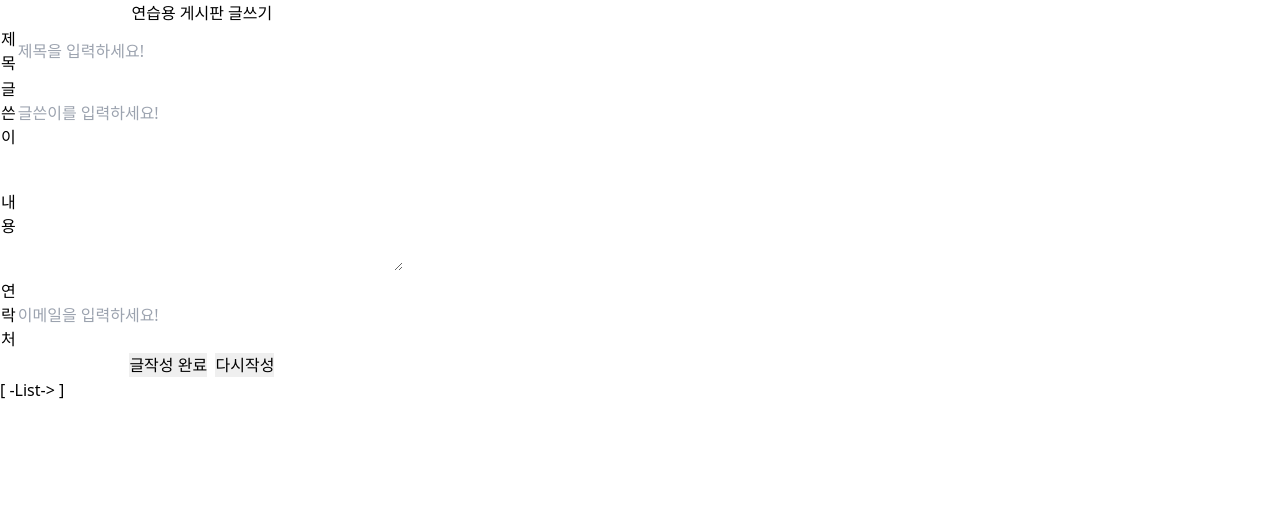
Repository: k0603156/JAVA
Page: http://localhost/StartBoard/test.do?myName=Kimyongkuk
These files come from the project's save history. The page is drawn as it stood at one moment and after a run of saves; the edit follows.
The browser window is 1280 px wide. The pictures show the whole page.
The page is served by Tomcat 9. Other server files are loaded and not shown.

Above is the page before, as saved 2020-03-12 07:58:17.

### SERVLET/workspace/StartBoard/WebContent/index.jsp
<%@ page language="java" contentType="text/html; charset=UTF-8"
	pageEncoding="UTF-8"%>
<!DOCTYPE html>
<html>
<head>
<meta charset="UTF-8">
<title>Insert title here</title>
</head>
<link href="https://unpkg.com/tailwindcss@^1.0/dist/tailwind.min.css" rel="stylesheet">
<body>
	<!-- <h1>Index.jsp</h1>
	<h1><a href="http://www.naver.com">Naver.com</a></h1>
	<h1><a href="./test.do?myName=Kimyongkuk">이름을 알려주세요~!~!</a></h1> -->
<div class="w-full max-w-xs">
	<form action="./writeSave.do" method="post">
	<table border="1">
		<tr>
		<td colspan="2" style="text-align: center;">연습용 게시판 글쓰기</td>
		</tr>
		<tr>
			<td>제목</td>
			<td><input type="text" placeholder="제목을 입력하세요!" name="title" required></td>
		</tr>
		<tr>
			<td>글쓴이</td>
			<td><input type="text" placeholder="글쓴이를 입력하세요!" name="author" required></td>
		</tr>
		<tr>
			<td>내용</td>
			<td><textarea cols="40" rows="5" name="content"></textarea></td>
		</tr>
		<tr>
			<td>연락처</td>
			<td><input type="email" placeholder="이메일을 입력하세요!" name="email"></td>
		</tr>
		<tr>
		<td colspan="2" style="text-align: center;">
			<input type="submit" value="글작성 완료">&nbsp;
			<input type="reset" value="다시작성">
		</td>
		</tr>
	</table>
	</form>
	<a href="./list.do">[ -List-> ]</a>
	</div>
</body>
</html>

### SERVLET/workspace/StartBoard/src/ctrl/FrontController.java
package ctrl;

import java.io.IOException;
import java.sql.SQLException;

import javax.servlet.RequestDispatcher;
import javax.servlet.ServletException;
import javax.servlet.http.HttpServlet;
import javax.servlet.http.HttpServletRequest;
import javax.servlet.http.HttpServletResponse;

import org.slf4j.Logger;
import org.slf4j.LoggerFactory;

import service.*;

public class FrontController extends HttpServlet{

	private static final long serialVersionUID = 1L;
	private static Logger log = LoggerFactory.getLogger(FrontController.class);
	public FrontController() {}

	@Override
	protected void service(HttpServletRequest req, HttpServletResponse resp) throws ServletException, IOException {
		String uri = req.getRequestURI();
		log.info("uri : " + uri);

		String contextPath = req.getContextPath();
		log.info("context : " + contextPath);

		String path = uri.substring(contextPath.length());
		log.info("path : " + path);

		String targetPage = "";
		Action action = null;

		if (path.equals("/writeSave.do")) {
			action = new InsertAction();
			try {
				action.execute(req, resp);
			} catch (SQLException e) {
				e.printStackTrace();
			}

			targetPage = "list.do";

		}else if(path.equals("/list.do")) {
			action = new ListAction();
			try {
				action.execute(req, resp);
			} catch (SQLException e) {
				e.printStackTrace();
			}

			targetPage = "/list.jsp";

		}else if (path.equals("/detail.do")) {
			action = new DetailAction();
			try {
				action.execute(req, resp);
			} catch (SQLException e) {
				e.printStackTrace();
			}

			targetPage = "/detail.jsp";

		}else if(path.equals("/modify.do")) {
			action = new DetailAction();
			try {
				action.execute(req, resp);
			} catch (SQLException e) {
				e.printStackTrace();
			}

			targetPage = "/modify.jsp";

		}else if(path.equals("/modifySave.do")) {
			action = new ModifyAction();
			try {
				action.execute(req, resp);
			} catch (SQLException e) {
				e.printStackTrace();
			}

			targetPage = "detail.do";

		}else if(path.equals("/delete.do")) {
			action = new DeleteAction();
			try {
				action.execute(req, resp);
			} catch (SQLException e) {
				e.printStackTrace();
			}

			targetPage = "list.do";

		}

		RequestDispatcher requestDispatcher = req.getRequestDispatcher(targetPage);
		requestDispatcher.forward(req, resp);
	}

	@Override
	protected void doGet(HttpServletRequest req, HttpServletResponse resp) throws ServletException, IOException {
		service(req, resp);
	}

	@Override
	protected void doPost(HttpServletRequest req, HttpServletResponse resp) throws ServletException, IOException {
		service(req, resp);
	}



}

After the next 2 saves:
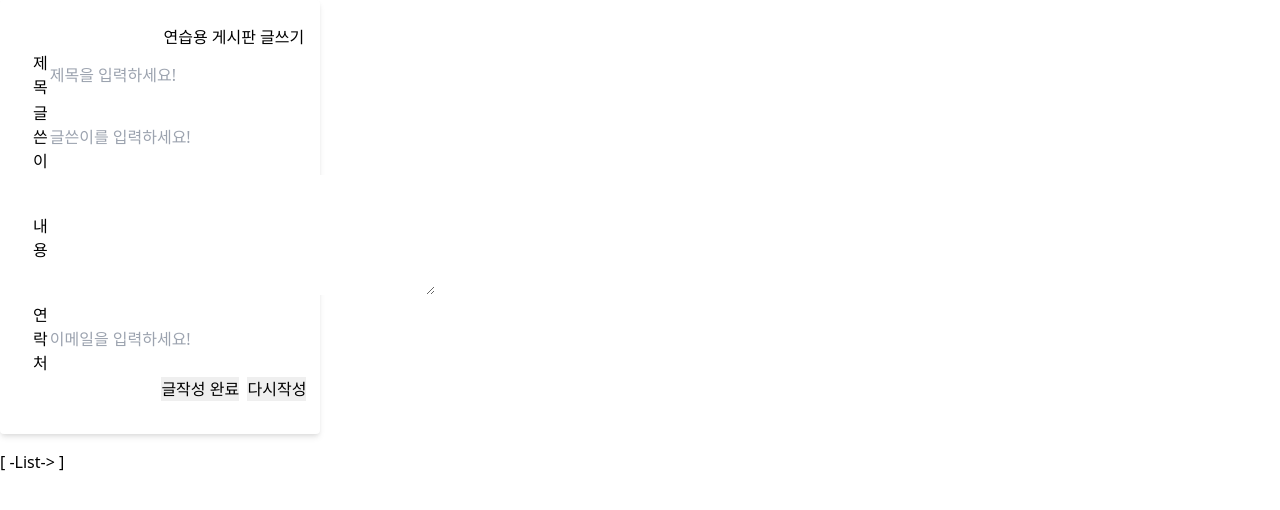
The 2 saves are shown as one change because they came seconds apart.
The last was saved 22 s later.
--- a/SERVLET/workspace/StartBoard/WebContent/index.jsp
+++ b/SERVLET/workspace/StartBoard/WebContent/index.jsp
@@ -12,7 +12,8 @@
 	<h1><a href="http://www.naver.com">Naver.com</a></h1>
 	<h1><a href="./test.do?myName=Kimyongkuk">이름을 알려주세요~!~!</a></h1> -->
 <div class="w-full max-w-xs">
-	<form action="./writeSave.do" method="post">
+	<form action="./writeSave.do" method="post" class="bg-white shadow-md rounded px-8 pt-6 pb-8 mb-4">
+
 	<table border="1">
 		<tr>
 		<td colspan="2" style="text-align: center;">연습용 게시판 글쓰기</td>
